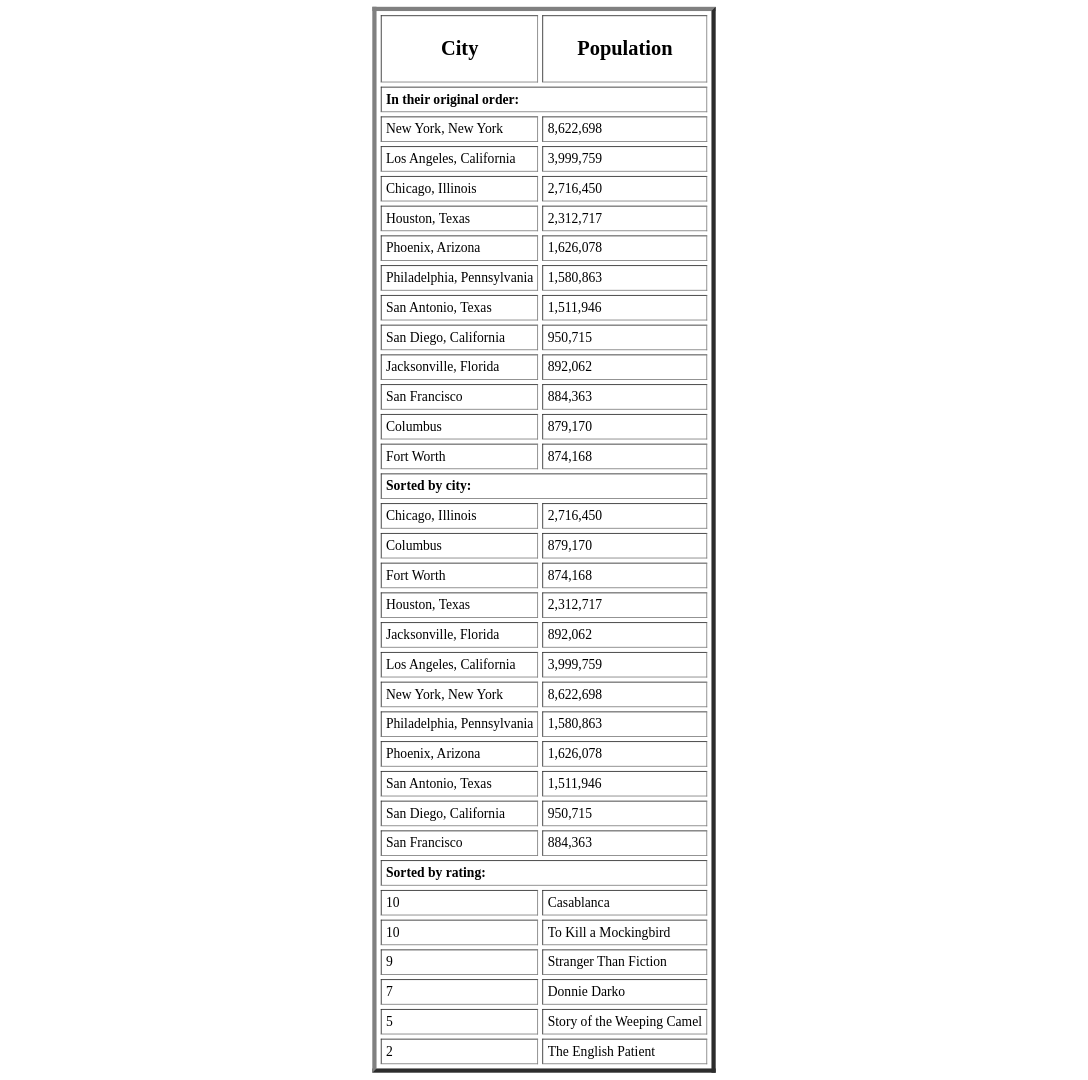
Repository: oduong1/COSW30
Page: http://localhost/homework/hw4/sorting.php
The author's editor kept a record of every edit. The page is drawn from the files as they stood at one moment, then again after the next edit.
The browser window is 1280 px wide. The pictures show the whole page, at 85% of full size.
The page is run by PHP 8.4 with error messages shown; the project is at /var/www/html/.

Above is the page before.

After the next edit:
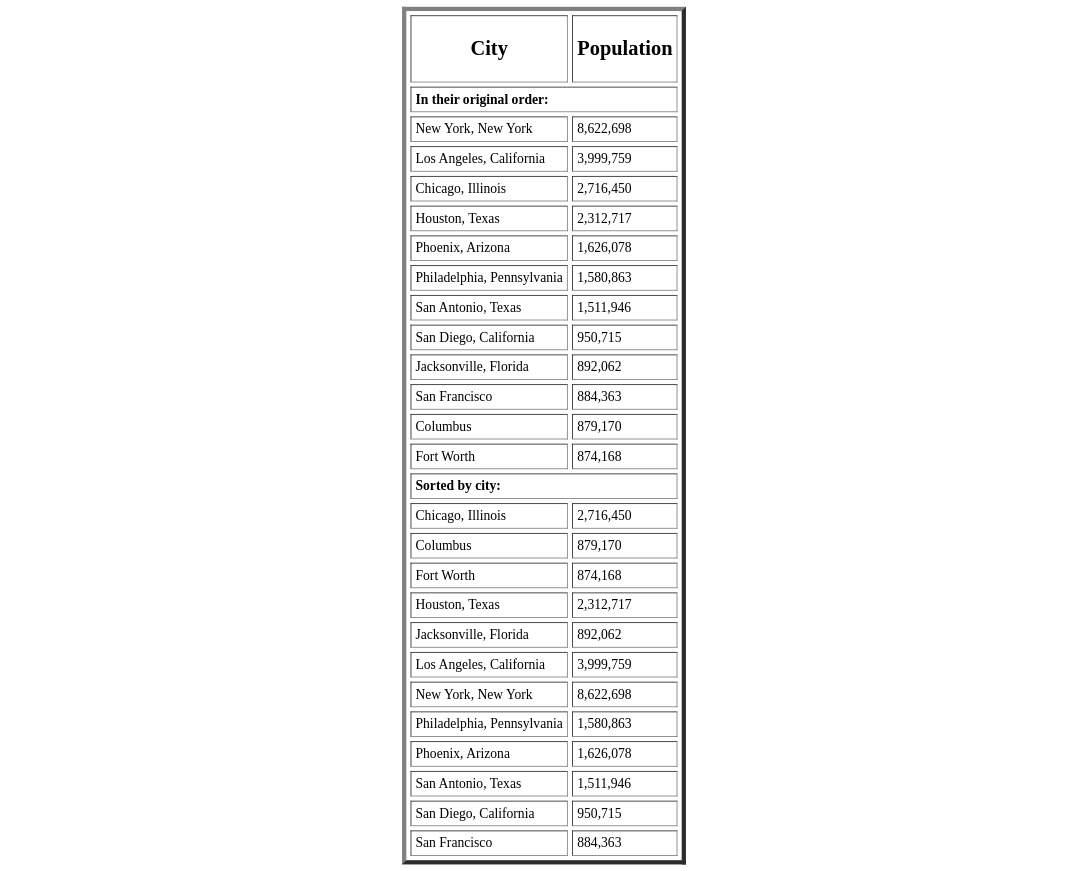
The edit:
--- a/homework/hw4/sorting.php
+++ b/homework/hw4/sorting.php
@@ -54,13 +54,7 @@
 	echo "<tr><td>$city</td>
 	<td>$pop</td></tr>\n";
 }
-// Display the movies sorted by rating:
-arsort($movies);
-echo '<tr><td colspan="2"><strong>Sorted by rating:</strong></td></tr>';
-foreach ($movies as $title => $rating) {
-	echo "<tr><td>$rating</td>
-	<td>$title</td></tr>\n";
-}
+
 ?>
 </tbody>
 </table>
